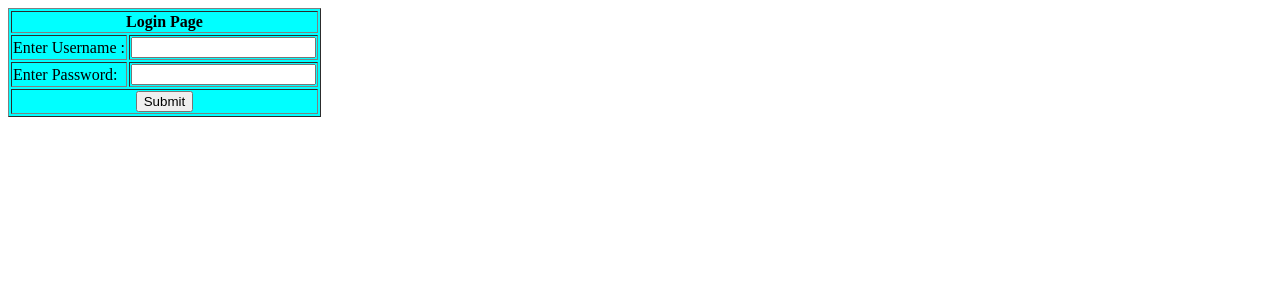
Repository: coolsam56/Advance_Java
Page: LAB7A/src/main/webapp/UI.html
An editor plug-in stored every save of this project. The page is shown before and after the next save, followed by the edit.
The browser window is 1280 px wide. The pictures show the whole page.

Above is the page before, as saved 2023-05-15 18:28:18.

### LAB7A/src/main/webapp/UI.html
<!DOCTYPE html>
<html>
<head>
<meta charset="UTF-8">
<title>Login Page</title>
</head>
<body>
<form action="login" method="post">
<table border="" bgcolor="cyan">
<tr>
<th colspan="2">Login Page</th>
</tr>
<tr>
<td><label>Enter Username :</label></td>
<td><input type="text" name="uname" required></td>
</tr>
<tr>
<td><label>Enter Password:</label></td>
<td><input type="text" name="pass" required</td>
</tr>
<tr align="center">
<td colspan="2">
<input type="submit"></td>
</tr>
</table>
</form>
</body>
</html>

After the next save:
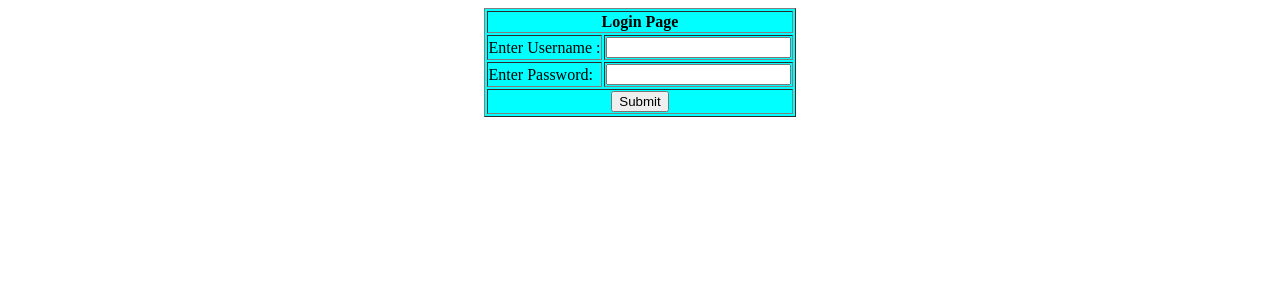
Saved 49 s later.
--- a/LAB7A/src/main/webapp/UI.html
+++ b/LAB7A/src/main/webapp/UI.html
@@ -6,7 +6,7 @@
 </head>
 <body>
 <form action="login" method="post">
-<table border="" bgcolor="cyan">
+<table align="center" border="" bgcolor="cyan">
 <tr>
 <th colspan="2">Login Page</th>
 </tr>
